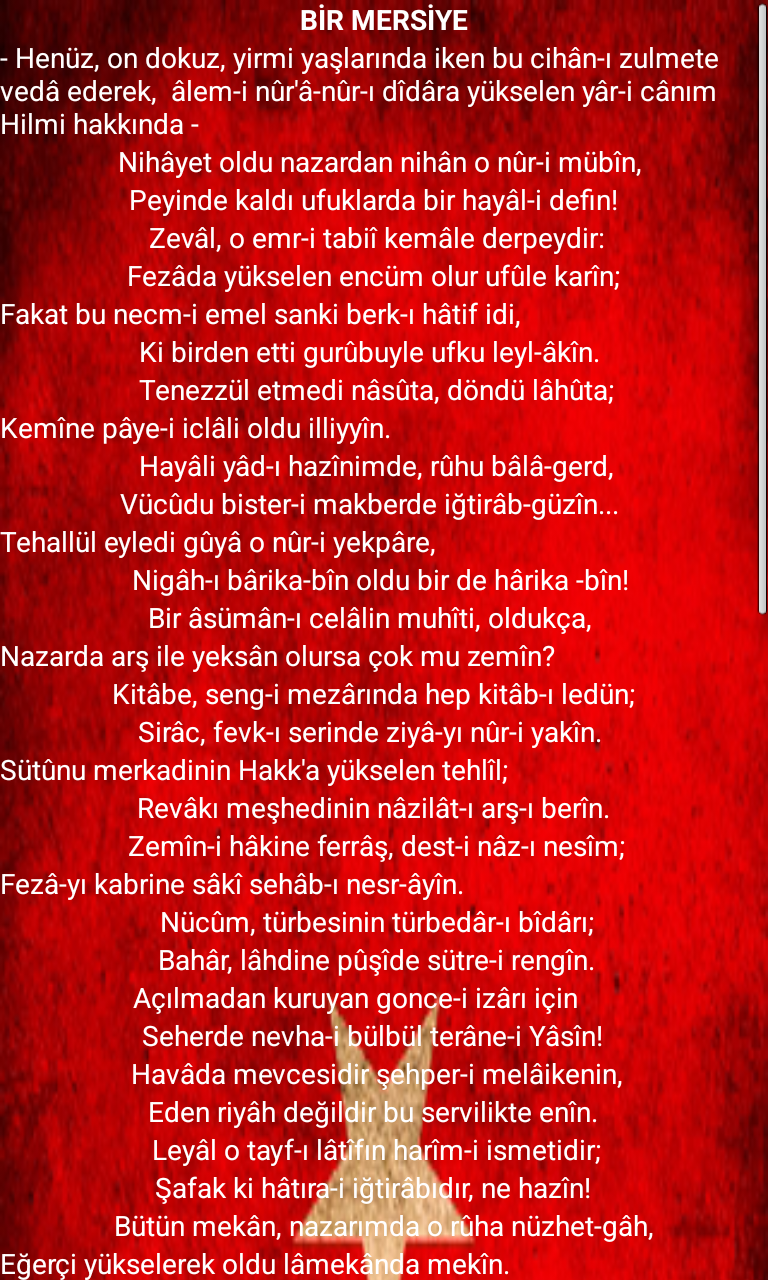
Repository: dokayazilim/Safahat-Android--Uygulamasi
Layout: safahat(android)/Safahat/res/layout/kitap24.xml
The author's editor kept a copy of each file at every save. The layout is drawn from the files as they stood at one save, then again after the next save.
It is drawn on a 768 x 1280 px phone screen (xhdpi) without system bars, with theme android:Theme; the app's code is not run.

Above is the layout before, as saved 2012-09-07 11:44:43.

### safahat(android)/Safahat/res/layout/kitap24.xml
<?xml version="1.0" encoding="utf-8"?>
<ScrollView    android:id="@+id/widget1"    android:layout_width="fill_parent"    android:layout_height="fill_parent"    xmlns:android="http://schemas.android.com/apk/res/android"    >
<LinearLayout xmlns:android="http://schemas.android.com/apk/res/android"
    android:layout_width="fill_parent"
    android:layout_height="fill_parent"
    android:orientation="vertical" android:background="@drawable/androidturk">

  <TextView
        android:id="@+id/textView1"
        android:layout_width="wrap_content"
        android:layout_height="wrap_content"
        android:text="BİR MERSİYE" android:textColor="#ffffff" android:textStyle="bold" android:layout_gravity="center"/>
<TextView
        android:id="@+id/textView2"
        android:layout_width="wrap_content"
        android:layout_height="wrap_content"
        android:text="- Henüz, on dokuz, yirmi yaşlarında iken bu cihân-ı zulmete vedâ ederek,
 âlem-i nûr'â-nûr-ı dîdâra yükselen yâr-i cânım Hilmi hakkında -
 " android:textColor="#ffffff" android:layout_gravity="center"/>
<TextView
        android:id="@+id/textView3"
        android:layout_width="wrap_content"
        android:layout_height="wrap_content"
        android:text="Nihâyet oldu nazardan nihân o nûr-i mübîn, " android:textColor="#ffffff" android:layout_gravity="center"/>
<TextView
        android:id="@+id/textView4"
        android:layout_width="wrap_content"
        android:layout_height="wrap_content"
        android:text="Peyinde kaldı ufuklarda bir hayâl-i defin!
  " android:textColor="#ffffff" android:layout_gravity="center"/>
<TextView
        android:id="@+id/textView5"
        android:layout_width="wrap_content"
        android:layout_height="wrap_content"
        android:text="
Zevâl, o emr-i tabiî kemâle derpeydir:

" android:textColor="#ffffff" android:layout_gravity="center"/>
<TextView
        android:id="@+id/textView6"
        android:layout_width="wrap_content"
        android:layout_height="wrap_content"
        android:text="Fezâda yükselen encüm olur ufûle karîn;
  " android:textColor="#ffffff" android:layout_gravity="center"/>
<TextView
        android:id="@+id/textView7"
        android:layout_width="wrap_content"
        android:layout_height="wrap_content"
        android:text="Fakat bu necm-i emel sanki berk-ı hâtif idi, " android:textColor="#ffffff"/>
<TextView
        android:id="@+id/textView8"
        android:layout_width="wrap_content"
        android:layout_height="wrap_content"
        android:text="Ki birden etti gurûbuyle ufku leyl-âkîn.
   " android:textColor="#ffffff" android:layout_gravity="center"/>
<TextView
        android:id="@+id/textView9"
        android:layout_width="wrap_content"
        android:layout_height="wrap_content"
        android:text="Tenezzül etmedi nâsûta, döndü lâhûta;
 " android:textColor="#ffffff" android:layout_gravity="center"/>
<TextView
        android:id="@+id/textView10"
        android:layout_width="wrap_content"
        android:layout_height="wrap_content"
        android:text="Kemîne pâye-i iclâli oldu illiyyîn.  " android:textColor="#ffffff"/>
<TextView
        android:id="@+id/textView11"
        android:layout_width="wrap_content"
        android:layout_height="wrap_content"
        android:text="Hayâli yâd-ı hazînimde, rûhu bâlâ-gerd,
 " android:textColor="#ffffff" android:layout_gravity="center"/>
<TextView
        android:id="@+id/textView12"
        android:layout_width="wrap_content"
        android:layout_height="wrap_content"
        android:text="Vücûdu bister-i makberde iğtirâb-güzîn...
   " android:textColor="#ffffff" android:layout_gravity="center"/>
<TextView
        android:id="@+id/textView13"
        android:layout_width="wrap_content"
        android:layout_height="wrap_content"
        android:text="Tehallül eyledi gûyâ o nûr-i yekpâre, " android:textColor="#ffffff"/>
<TextView
        android:id="@+id/textView14"
        android:layout_width="wrap_content"
        android:layout_height="wrap_content"
        android:text="
Nigâh-ı bârika-bîn oldu bir de hârika -bîn!

" android:textColor="#ffffff" android:layout_gravity="center"/>
<TextView
        android:id="@+id/textView15"
        android:layout_width="wrap_content"
        android:layout_height="wrap_content"
        android:text="Bir âsümân-ı celâlin muhîti, oldukça,
   " android:textColor="#ffffff" android:layout_gravity="center"/>
<TextView
        android:id="@+id/textView16"
        android:layout_width="wrap_content"
        android:layout_height="wrap_content"
        android:text="Nazarda arş ile yeksân olursa çok mu zemîn?  " android:textColor="#ffffff"/>
<TextView
        android:id="@+id/textView17"
        android:layout_width="wrap_content"
        android:layout_height="wrap_content"
        android:text="Kitâbe, seng-i mezârında hep kitâb-ı ledün;
  " android:textColor="#ffffff" android:layout_gravity="center"/>
<TextView
        android:id="@+id/textView18"
        android:layout_width="wrap_content"
        android:layout_height="wrap_content"
        android:text="Sirâc, fevk-ı serinde ziyâ-yı nûr-i yakîn.
   " android:textColor="#ffffff" android:layout_gravity="center"/>
<TextView
        android:id="@+id/textView19"
        android:layout_width="wrap_content"
        android:layout_height="wrap_content"
        android:text="Sütûnu merkadinin Hakk'a yükselen tehlîl;  " android:textColor="#ffffff"/>
<TextView
        android:id="@+id/textView20"
        android:layout_width="wrap_content"
        android:layout_height="wrap_content"
        android:text="
Revâkı meşhedinin nâzilât-ı arş-ı berîn.

  " android:textColor="#ffffff" android:layout_gravity="center"/>
<TextView
        android:id="@+id/textView21"
        android:layout_width="wrap_content"
        android:layout_height="wrap_content"
        android:text="
Zemîn-i hâkine ferrâş, dest-i nâz-ı nesîm;
  " android:textColor="#ffffff" android:layout_gravity="center"/>
<TextView
        android:id="@+id/textView22"
        android:layout_width="wrap_content"
        android:layout_height="wrap_content"
        android:text="Fezâ-yı kabrine sâkî sehâb-ı nesr-âyîn. " android:textColor="#ffffff"/>
<TextView
        android:id="@+id/textView23"
        android:layout_width="wrap_content"
        android:layout_height="wrap_content"
        android:text="
Nücûm, türbesinin türbedâr-ı bîdârı;
  " android:textColor="#ffffff" android:layout_gravity="center"/>
<TextView
        android:id="@+id/textView24"
        android:layout_width="wrap_content"
        android:layout_height="wrap_content"
        android:text="Bahâr, lâhdine pûşîde sütre-i rengîn.
 " android:textColor="#ffffff" android:layout_gravity="center"/>
<TextView
        android:id="@+id/textView25"
        android:layout_width="wrap_content"
        android:layout_height="wrap_content"
        android:text="
Açılmadan kuruyan gonce-i izârı için
        " android:textColor="#ffffff" android:layout_gravity="center"/>
<TextView
        android:id="@+id/textView26"
        android:layout_width="wrap_content"
        android:layout_height="wrap_content"
        android:text="Seherde nevha-i bülbül terâne-i Yâsîn!
  " android:textColor="#ffffff" android:layout_gravity="center"/>
<TextView
        android:id="@+id/textView27"
        android:layout_width="wrap_content"
        android:layout_height="wrap_content"
        android:text="Havâda mevcesidir şehper-i melâikenin,
 " android:textColor="#ffffff" android:layout_gravity="center"/>
<TextView
        android:id="@+id/textView28"
        android:layout_width="wrap_content"
        android:layout_height="wrap_content"
        android:text="Eden riyâh değildir bu servilikte enîn.
  " android:textColor="#ffffff" android:layout_gravity="center"/>
<TextView
        android:id="@+id/textView29"
        android:layout_width="wrap_content"
        android:layout_height="wrap_content"
        android:text="Leyâl o tayf-ı lâtîfın harîm-i ismetidir;  " android:textColor="#ffffff" android:layout_gravity="center"/>
<TextView
        android:id="@+id/textView30"
        android:layout_width="wrap_content"
        android:layout_height="wrap_content"
        android:text="Şafak ki hâtıra-i iğtirâbıdır, ne hazîn!
  " android:textColor="#ffffff" android:layout_gravity="center"/>
<TextView
        android:id="@+id/textView31"
        android:layout_width="wrap_content"
        android:layout_height="wrap_content"
        android:text="
Bütün mekân, nazarımda o rûha nüzhet-gâh,
" android:textColor="#ffffff" android:layout_gravity="center"/>
<TextView
        android:id="@+id/textView32"
        android:layout_width="wrap_content"
        android:layout_height="wrap_content"
        android:text="Eğerçi yükselerek oldu lâmekânda mekîn.
 " android:textColor="#ffffff" />
<TextView
        android:id="@+id/textView33"
        android:layout_width="wrap_content"
        android:layout_height="wrap_content"
        android:text="Ey aslına iltihâk eden nûr,

  " android:textColor="#ffffff" />
<TextView
        android:id="@+id/textView34"
        android:layout_width="wrap_content"
        android:layout_height="wrap_content"
        android:text="Sensin bana her tarafta manzûr;
  " android:textColor="#ffffff" />
<TextView
        android:id="@+id/textView35"
        android:layout_width="wrap_content"
        android:layout_height="wrap_content"
        android:text="Olsan da zılâl içinde mestûr,
   " android:textColor="#ffffff"/>
<TextView
        android:id="@+id/textView36"
        android:layout_width="wrap_content"
        android:layout_height="wrap_content"
        android:text="Bir an değilim o lem'adan dûr:
   " android:textColor="#ffffff" />
<TextView
        android:id="@+id/textView37"
        android:layout_width="wrap_content"
        android:layout_height="wrap_content"
        android:text="
Rûhumda ebed-karâr şû'len.
 " android:textColor="#ffffff" />
<TextView
        android:id="@+id/textView38"
        android:layout_width="wrap_content"
        android:layout_height="wrap_content"
        android:text="
Mevvâc sabâhatin seherde

  " android:textColor="#ffffff" />
<TextView
        android:id="@+id/textView39"
        android:layout_width="wrap_content"
        android:layout_height="wrap_content"
        android:text="Berk urmada nâsiyen kamerde;
  " android:textColor="#ffffff" />
<TextView
        android:id="@+id/textView40"
        android:layout_width="wrap_content"
        android:layout_height="wrap_content"
        android:text="Şeb sahn-ı harem-serâna- perde.
  " android:textColor="#ffffff" />
<TextView
        android:id="@+id/textView41"
        android:layout_width="wrap_content"
        android:layout_height="wrap_content"
        android:text="Matvî evrak-ı verd-i terde
Bir şemme kitâb-ı nükhetinden!

  " android:textColor="#ffffff" />
<TextView
        android:id="@+id/textView42"
        android:layout_width="wrap_content"
        android:layout_height="wrap_content"
        android:text="Nağmendir eden riyâhı tehzîz,
  " android:textColor="#ffffff" />
<TextView
        android:id="@+id/textView43"
        android:layout_width="wrap_content"
        android:layout_height="wrap_content"
        android:text="Senden bu nevâ yı şûriş-engîz!
  " android:textColor="#ffffff" />
<TextView
        android:id="@+id/textView44"
        android:layout_width="wrap_content"
        android:layout_height="wrap_content"
        android:text="Berk urmada nâsiyen kamerde;
  " android:textColor="#ffffff" />
<TextView
        android:id="@+id/textView45"
        android:layout_width="wrap_content"
        android:layout_height="wrap_content"
        android:text="Tayfın beni eyliyon seher-hîz...
  " android:textColor="#ffffff" />
<TextView
        android:id="@+id/textView46"
        android:layout_width="wrap_content"
        android:layout_height="wrap_content"
        android:text="Ey hâtırasıyle rûh lebrîz,
  " android:textColor="#ffffff" />
<TextView
        android:id="@+id/textView47"
        android:layout_width="wrap_content"
        android:layout_height="wrap_content"
        android:text="İndimde bu kâinât hep sen!
  " android:textColor="#ffffff" />
<TextView
        android:id="@+id/textView48"
        android:layout_width="wrap_content"
        android:layout_height="wrap_content"
        android:text="Ey lem'a-i şu'le-i İlâhî,
  " android:textColor="#ffffff" />
<TextView
        android:id="@+id/textView49"
        android:layout_width="wrap_content"
        android:layout_height="wrap_content"
        android:text="Ey subh-i ebed karârgâhı.
  " android:textColor="#ffffff" />
<TextView
        android:id="@+id/textView50"
        android:layout_width="wrap_content"
        android:layout_height="wrap_content"
        android:text="Hiç bulmaya tâbişin tenâhî...
  " android:textColor="#ffffff" />
<TextView
        android:id="@+id/textView51"
        android:layout_width="wrap_content"
        android:layout_height="wrap_content"
        android:text="Envârına gelmesin tebâhî...
  " android:textColor="#ffffff" />
<TextView
        android:id="@+id/textView52"
        android:layout_width="wrap_content"
        android:layout_height="wrap_content"
        android:text="Bir böyle bekânı isterim ben.
  " android:textColor="#ffffff" />
<TextView
        android:id="@+id/textView53"
        android:layout_width="wrap_content"
        android:layout_height="wrap_content"
        android:text="Sönmez yanan ihtimâli yoktur,
  " android:textColor="#ffffff" />
<TextView
        android:id="@+id/textView54"
        android:layout_width="wrap_content"
        android:layout_height="wrap_content"
        android:text="Sönmez yanan ihtimâli yoktur,
  " android:textColor="#ffffff" />
<TextView
        android:id="@+id/textView55"
        android:layout_width="wrap_content"
        android:layout_height="wrap_content"
        android:text="Yok, nâre demem zevâli yoktur,
  " android:textColor="#ffffff" />
<TextView
        android:id="@+id/textView56"
        android:layout_width="wrap_content"
        android:layout_height="wrap_content"
        android:text="Nûrun fakat öyle hâli yoktur.
  " android:textColor="#ffffff" />
<TextView
        android:id="@+id/textView57"
        android:layout_width="wrap_content"
        android:layout_height="wrap_content"
        android:text="Olmaz ona hiç adem nişîmen.
  " android:textColor="#ffffff" />
<TextView
        android:id="@+id/textView58"
        android:layout_width="wrap_content"
        android:layout_height="wrap_content"
        android:text="Ey hâtırasıyle kaldığım yâr,
  " android:textColor="#ffffff" />
<TextView
        android:id="@+id/textView59"
        android:layout_width="wrap_content"
        android:layout_height="wrap_content"
        android:text="Artık aramızda bir cihan var!
  " android:textColor="#ffffff" />
<TextView
        android:id="@+id/textView60"
        android:layout_width="wrap_content"
        android:layout_height="wrap_content"
        android:text="Sen gökte safâ-güzîn-i dîdâr,
  " android:textColor="#ffffff" />
<TextView
        android:id="@+id/textView61"
        android:layout_width="wrap_content"
        android:layout_height="wrap_content"
        android:text="Ben yerde azâb içinde bîzâr!
  " android:textColor="#ffffff" />
<TextView
        android:id="@+id/textView62"
        android:layout_width="wrap_content"
        android:layout_height="wrap_content"
        android:text="Gûşumda bütün terâne şîven!
  " android:textColor="#ffffff" />
<TextView
        android:id="@+id/textView63"
        android:layout_width="wrap_content"
        android:layout_height="wrap_content"
        android:text="Şîven demi nây-i nağme-kârın,
  " android:textColor="#ffffff" />
<TextView
        android:id="@+id/textView64"
        android:layout_width="wrap_content"
        android:layout_height="wrap_content"
        android:text="Şîven cereyânı cûybârın,
  " android:textColor="#ffffff" />
<TextView
        android:id="@+id/textView65"
        android:layout_width="wrap_content"
        android:layout_height="wrap_content"
        android:text="Şîven sesi bâd-ı bî-karârın,
  " android:textColor="#ffffff" />
<TextView
        android:id="@+id/textView66"
        android:layout_width="wrap_content"
        android:layout_height="wrap_content"
        android:text="Şîven bana âh yâdigârın...
  " android:textColor="#ffffff" />
<TextView
        android:id="@+id/textView67"
        android:layout_width="wrap_content"
        android:layout_height="wrap_content"
        android:text="Sen gökleri hande-zâr ederken!
  " android:textColor="#ffffff" />

<TextView
        android:id="@+id/textView68"
        android:layout_width="wrap_content"
        android:layout_height="wrap_content"
        android:text="Mehmet Akif ERSOY" android:textColor="#ffffff" android:textStyle="bold"/>
</LinearLayout>
</ScrollView>

After the next save:
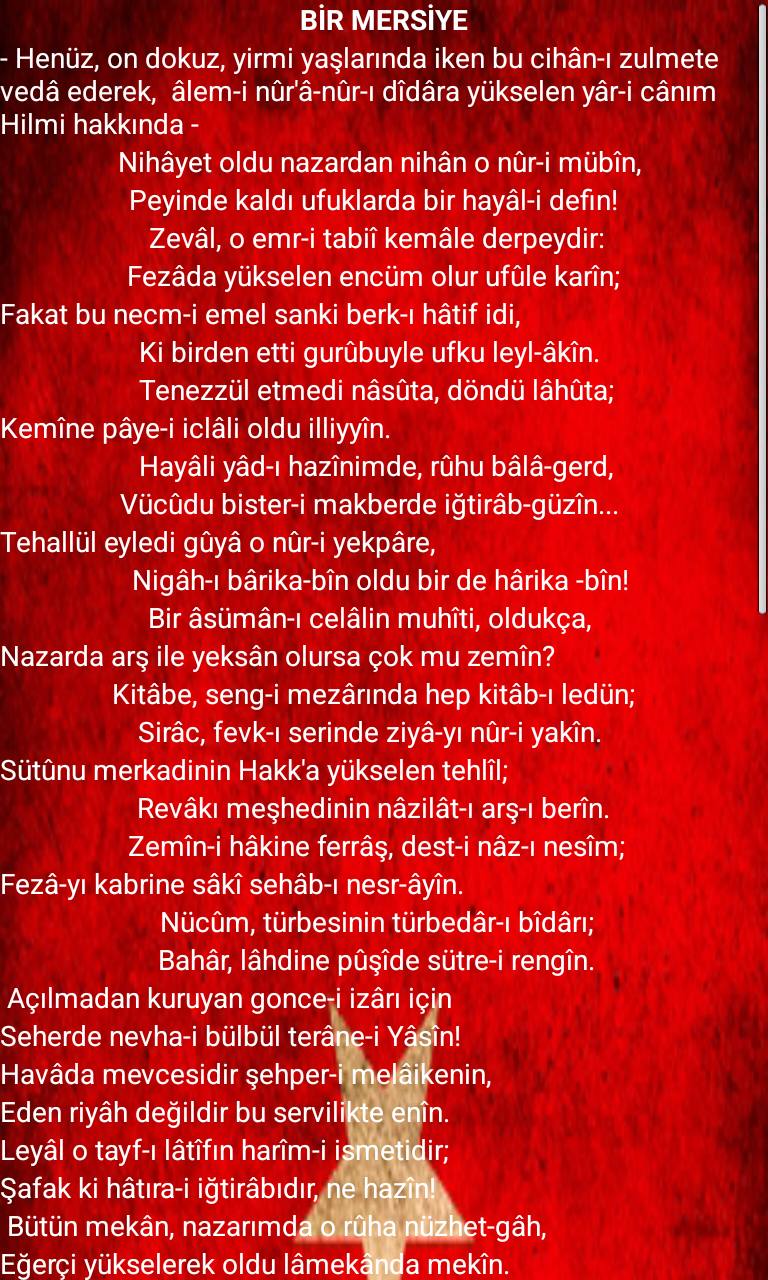
Saved 37 s later.
--- a/safahat(android)/Safahat/res/layout/kitap24.xml
+++ b/safahat(android)/Safahat/res/layout/kitap24.xml
@@ -156,43 +156,43 @@ Nücûm, türbesinin türbedâr-ı bîdârı;
         android:layout_height="wrap_content"
         android:text="
 Açılmadan kuruyan gonce-i izârı için
-        " android:textColor="#ffffff" android:layout_gravity="center"/>
+        " android:textColor="#ffffff" />
 <TextView
         android:id="@+id/textView26"
         android:layout_width="wrap_content"
         android:layout_height="wrap_content"
         android:text="Seherde nevha-i bülbül terâne-i Yâsîn!
-  " android:textColor="#ffffff" android:layout_gravity="center"/>
+  " android:textColor="#ffffff" />
 <TextView
         android:id="@+id/textView27"
         android:layout_width="wrap_content"
         android:layout_height="wrap_content"
         android:text="Havâda mevcesidir şehper-i melâikenin,
- " android:textColor="#ffffff" android:layout_gravity="center"/>
+ " android:textColor="#ffffff" />
 <TextView
         android:id="@+id/textView28"
         android:layout_width="wrap_content"
         android:layout_height="wrap_content"
         android:text="Eden riyâh değildir bu servilikte enîn.
-  " android:textColor="#ffffff" android:layout_gravity="center"/>
+  " android:textColor="#ffffff" />
 <TextView
         android:id="@+id/textView29"
         android:layout_width="wrap_content"
         android:layout_height="wrap_content"
-        android:text="Leyâl o tayf-ı lâtîfın harîm-i ismetidir;  " android:textColor="#ffffff" android:layout_gravity="center"/>
+        android:text="Leyâl o tayf-ı lâtîfın harîm-i ismetidir;  " android:textColor="#ffffff" />
 <TextView
         android:id="@+id/textView30"
         android:layout_width="wrap_content"
         android:layout_height="wrap_content"
         android:text="Şafak ki hâtıra-i iğtirâbıdır, ne hazîn!
-  " android:textColor="#ffffff" android:layout_gravity="center"/>
+  " android:textColor="#ffffff" />
 <TextView
         android:id="@+id/textView31"
         android:layout_width="wrap_content"
         android:layout_height="wrap_content"
         android:text="
 Bütün mekân, nazarımda o rûha nüzhet-gâh,
-" android:textColor="#ffffff" android:layout_gravity="center"/>
+" android:textColor="#ffffff" />
 <TextView
         android:id="@+id/textView32"
         android:layout_width="wrap_content"
